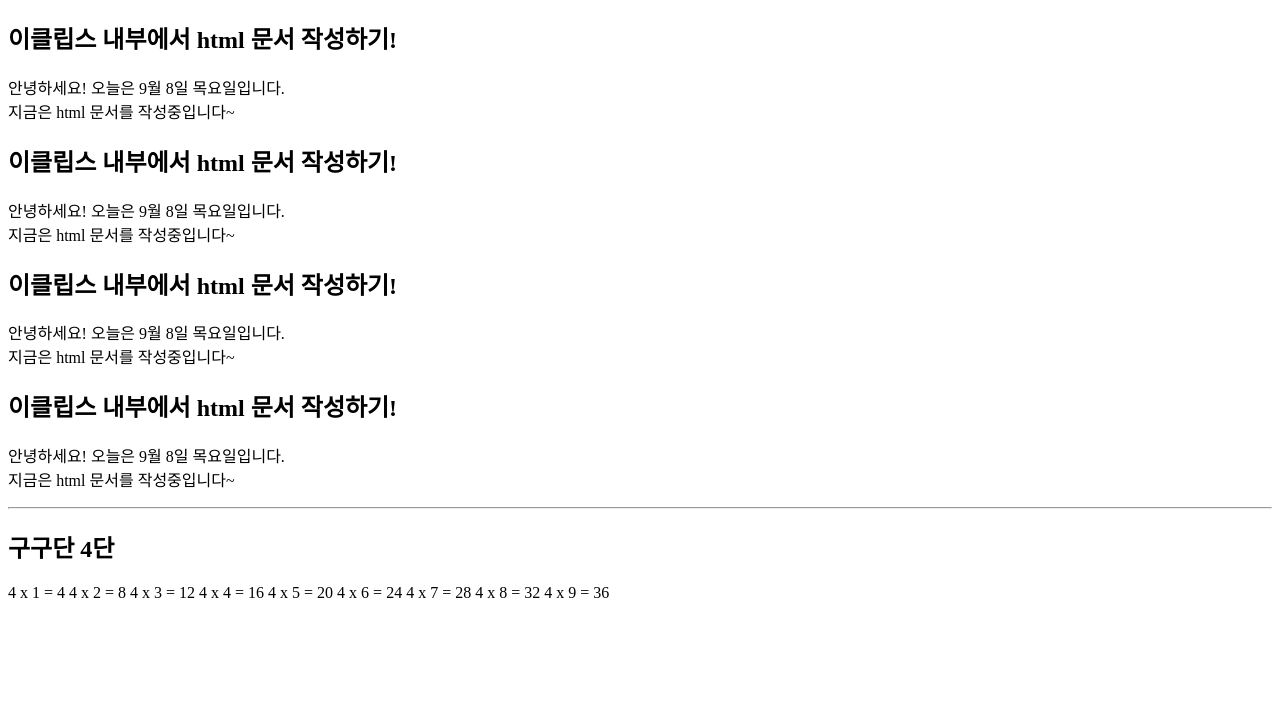
Repository: samkkkkkkk/Jsp_basic
Page: http://localhost/JspBasic/hello.jsp
The author's editor kept a copy of each file at every save. The page is drawn from the files as they stood at one save, then again after the next save.
The browser window is 1280 px wide. The pictures show the whole page.
The page is served by Tomcat 9. Other server files are loaded and not shown.

Above is the page before, as saved 2023-09-08 08:01:37.

### JspBasic/src/main/webapp/hello.jsp
<%@ page language="java" contentType="text/html; charset=UTF-8"
    pageEncoding="UTF-8"%>
<!DOCTYPE html>
<html>
<head>
<meta charset="UTF-8">
<title>Insert title here</title>
</head>
<body>

	<% for(int i=1; i<5; i++){ %>
		<h2>이클립스 내부에서 html 문서 작성하기!</h2>
		<p>
			안녕하세요! 오늘은 9월 8일 목요일입니다.<br>
			지금은 html 문서를 작성중입니다~
		</p>
	<% } %>

	<hr>

	<h2>구구단 4단</h2>
	<% for(int hang = 1; hang<=9; hang++) {%>
		4 x <%= hang %> = <%=4*hang %>
	<% } %>
</body>
</html>

After the next save:
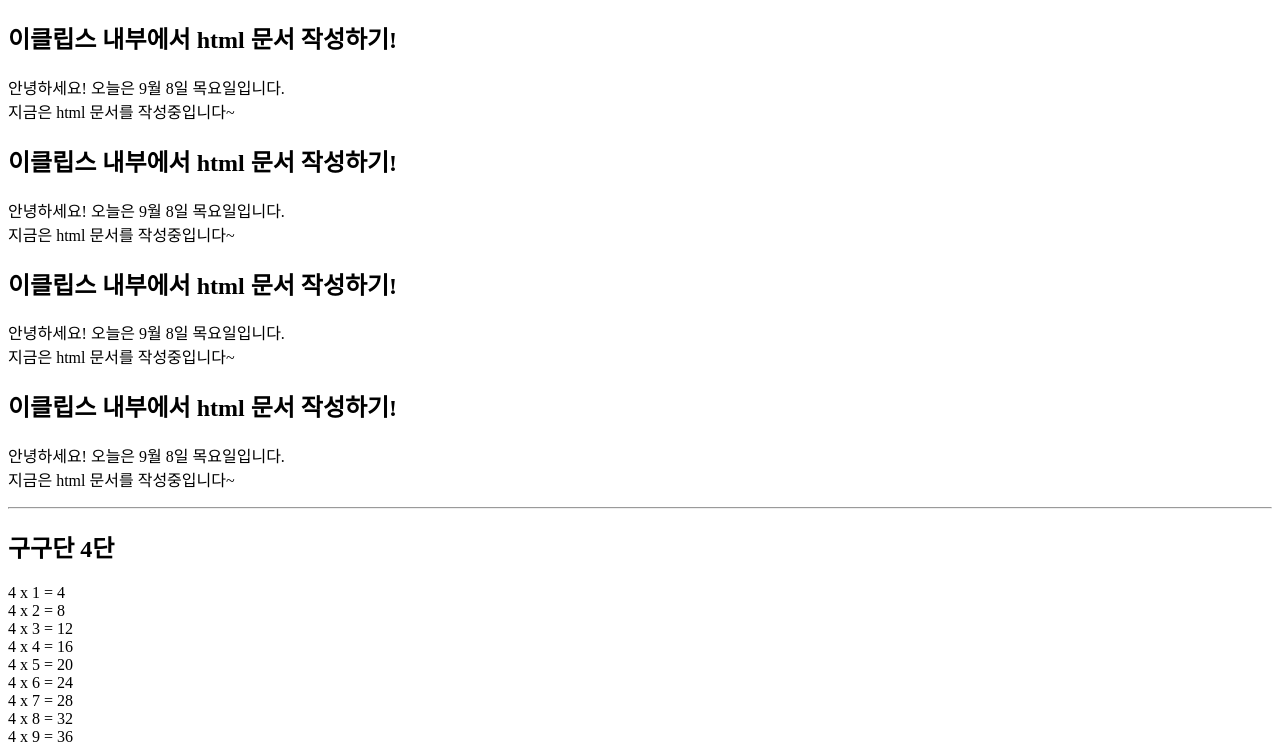
Saved 19 s later.
--- a/JspBasic/src/main/webapp/hello.jsp
+++ b/JspBasic/src/main/webapp/hello.jsp
@@ -20,7 +20,7 @@
 
 	<h2>구구단 4단</h2>
 	<% for(int hang = 1; hang<=9; hang++) {%>
-		4 x <%= hang %> = <%=4*hang %>
+		4 x <%= hang %> = <%=4*hang %> <br>
 	<% } %>
 </body>
 </html>
